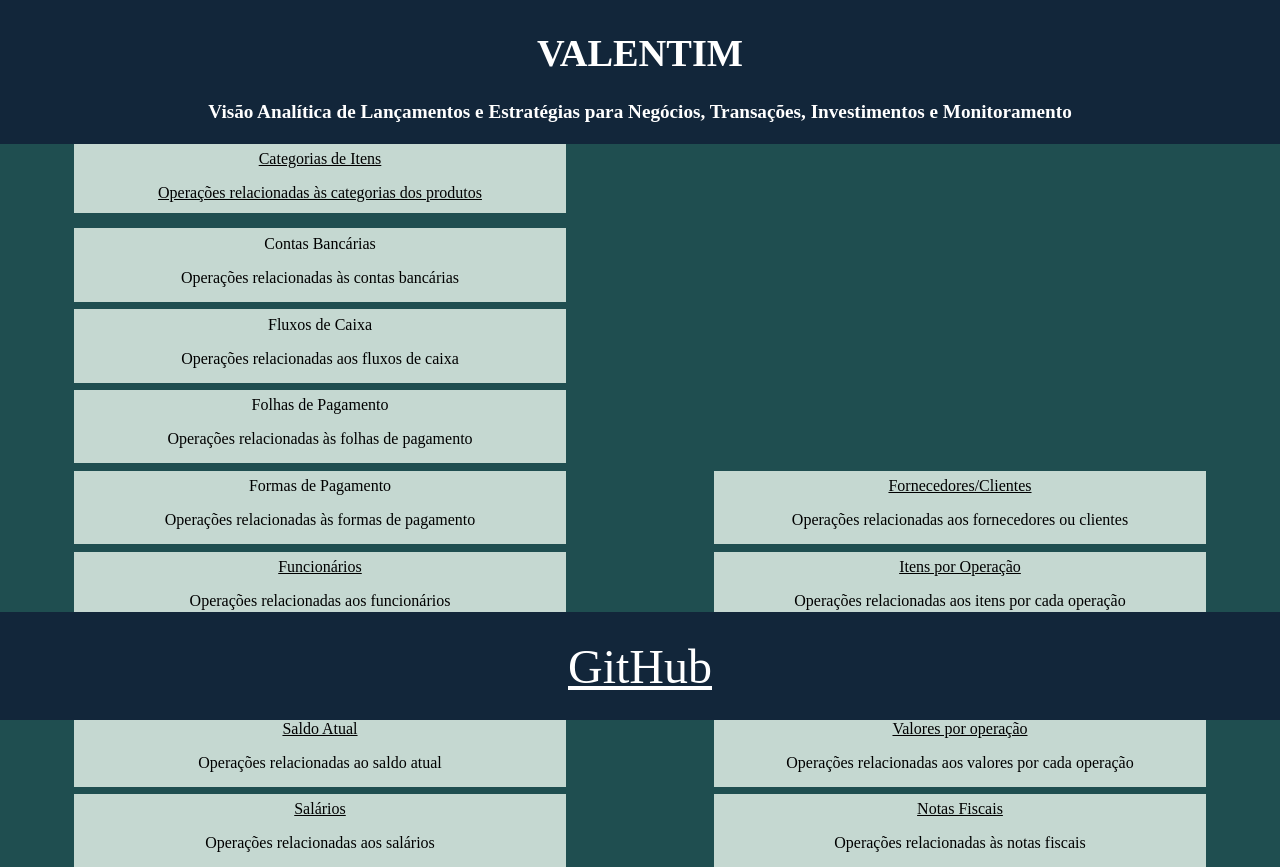
Repository: Matheus-Lacerda009/ERP-Financeiro
Page: Front/menu/menu.html
These files come from the project's save history. The page is drawn as it stood at one moment and after a run of saves; the edit follows.
The browser window is 1280 px wide. The pictures show the whole page.

Above is the page before, as saved 2026-07-13 19:12:05.

After the next 2 saves:
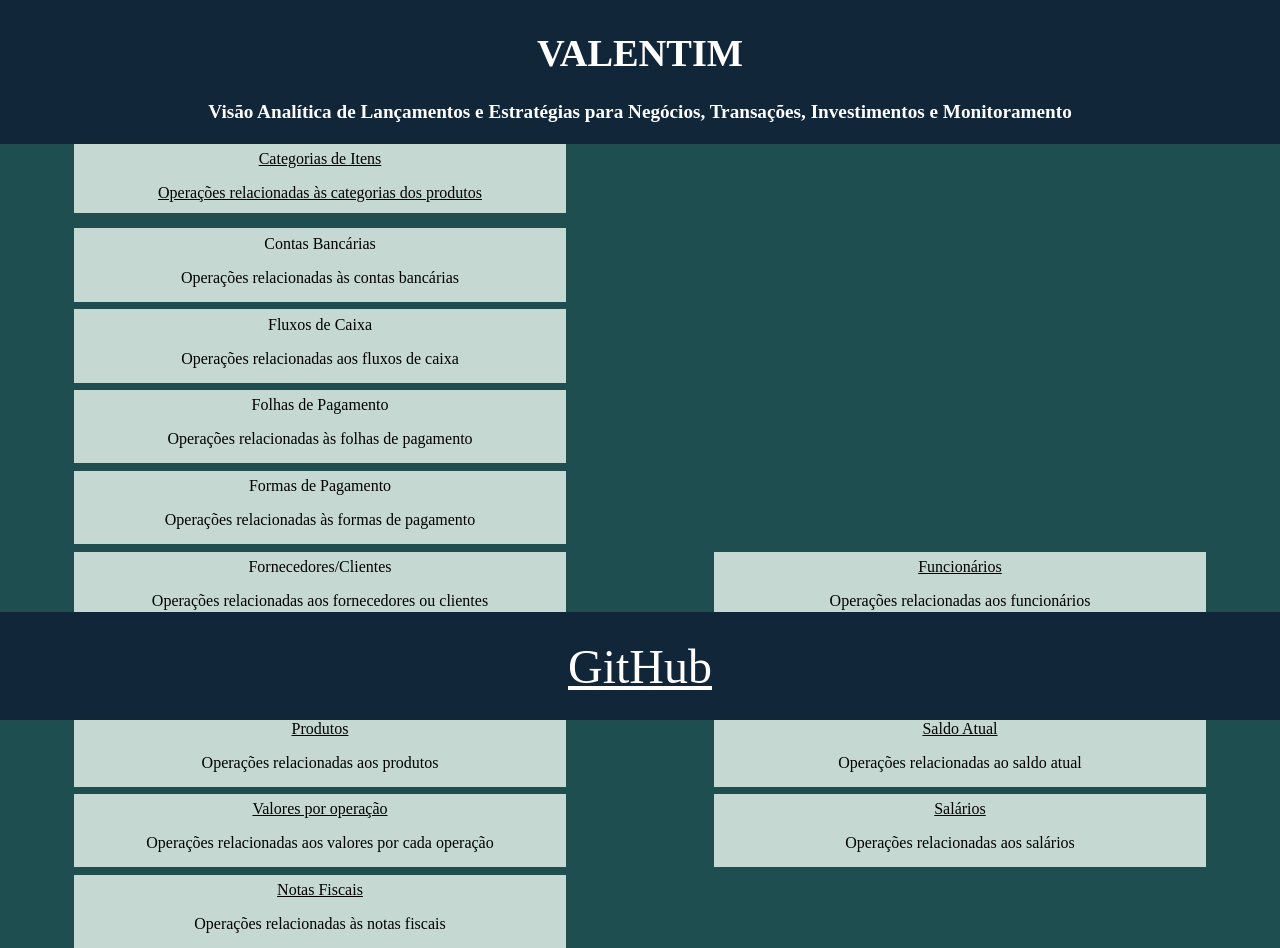
The 2 saves are shown as one change because they came seconds apart.
The last was saved 9 s later.
--- a/Front/menu/menu.html
+++ b/Front/menu/menu.html
@@ -40,8 +40,9 @@
                 Formas de Pagamento</a>
                 <p>Operações relacionadas às formas de pagamento</p>
             </div>
+            <a href="../fornecedor_cliente/fornecedor_cliente.html" class="links"></a>
             <div class="divEntidades">
-                <a href="../fornecedor_cliente/fornecedor_cliente.html" class="links">Fornecedores/Clientes</a>
+                Fornecedores/Clientes</a>
                 <p>Operações relacionadas aos fornecedores ou clientes</p>
             </div>
             <div class="divEntidades">
